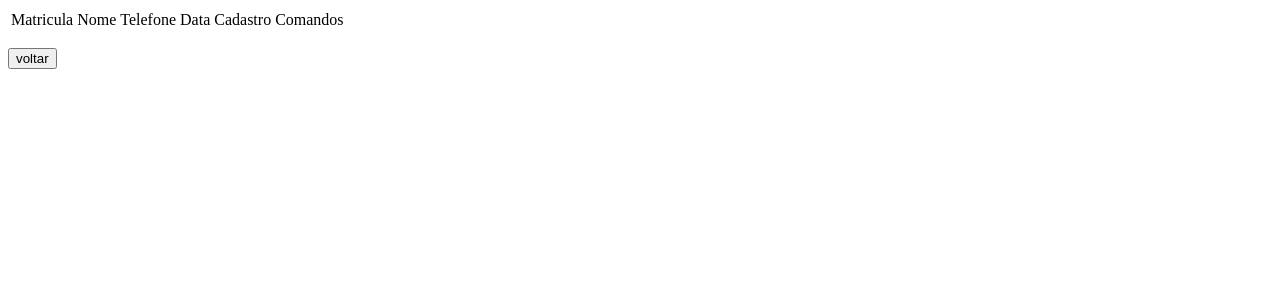
Repository: Maureci/forecast_workspace_project_fonts
Page: http://localhost/Forecast/index.jsp
The author's editor kept a copy of each file at every save. The page is drawn from the files as they stood at one save, then again after the next save.
The browser window is 1280 px wide. The pictures show the whole page.
The page is served by Tomcat 9. Other server files are loaded and not shown. Queries for data that is not in the repository find no rows.

Above is the page before, as saved 2017-04-02 12:55:38.

### Forecast/WebContent/index.jsp
<%@ page import="java.util.*,
		br.com.forecast.jdbc.dao.CidadeDao,
		br.com.forecast.jdbc.modelo.Cidade" %>
<html>
  <body>
    <table>
      <tr>
		<td>Matricula</td>
		<td>Nome</td>
		<td>Telefone</td>
		<td>Data Cadastro</td>
		<td>Comandos</td>
	  </tr>
      <%
      CidadeDao dao = new CidadeDao();
      List<Cidade> cidades = dao.getLista();

      for (Cidade cidade : cidades ) {
      %>
        <tr>
          <td><%=cidade.getNome() %></td>
          <td><%=cidade.getUf() %></td>
          <td><%=cidade.getPais() %></td>
          <td><a href="AlunoServlet?acao=Excluir&matricula=${cidade.getNome()}">Tempo</a></td>
        </tr>
      <%
      }
      %>
    </table>
    <p>
    	<input type="submit" name="Submit" value="voltar">
	</p>
  </body>
</html>

### Forecast/src/br/com/forecast/jdbc/dao/CidadeDao.java
package br.com.forecast.jdbc.dao;

import java.sql.Connection;
import java.sql.PreparedStatement;
import java.sql.ResultSet;
import java.sql.SQLException;
import java.util.ArrayList;
import java.util.List;

import br.com.forecast.jdbc.ConnectionFactory;
import br.com.forecast.jdbc.modelo.Cidade;

public class CidadeDao {

   // a conexão com o banco de dados
   private Connection connection;

   public CidadeDao()  {

     try {
		this.connection = new ConnectionFactory().getConnection();
	} catch (ClassNotFoundException e) {
		// TODO Auto-generated catch block
		e.printStackTrace();
	}

   }

   public void adiciona(Cidade cidade) {
     String sql = "insert into cidade " +
             "(nome,uf,pais)" +
             " values (?,?,?)";

     try {
         // prepared statement para inserção
         PreparedStatement stmt = connection.prepareStatement(sql);

         // seta os valores
         stmt.setString(1,cidade.getNome());
         stmt.setString(2,cidade.getUf());
         stmt.setString(3,cidade.getPais());

         // executa
         stmt.execute();
         stmt.close();
     } catch (SQLException e) {
         throw new RuntimeException(e);
     }
   }

   public List<Cidade> getLista() {
     try {

         List<Cidade> cidades = new ArrayList<Cidade>();
         PreparedStatement stmt = this.connection.prepareStatement("select * from cidade");
         ResultSet rs = stmt.executeQuery();

         while (rs.next()) {

             // criando o objeto Cidade
        	 Cidade cidade = new Cidade();
        	 cidade.setId(rs.getLong("id"));
        	 cidade.setNome(rs.getString("nome"));
        	 cidade.setUf(rs.getString("uf"));
        	 cidade.setPais(rs.getString("pais"));

             // adicionando o objeto à lista
        	 cidades.add(cidade);

         }

         rs.close();
         stmt.close();
         return cidades;

     } catch (SQLException e) {

         throw new RuntimeException(e);

     }
	}

   public void altera(Cidade cidade) {

	     String sql = "update cidade set nome=?, uf=?, pais=? where id=?";
	     try {
	         PreparedStatement stmt = connection.prepareStatement(sql);
	         stmt.setString(1, cidade.getNome());
	         stmt.setString(2, cidade.getUf());
	         stmt.setString(3, cidade.getPais());
	         stmt.setLong(4, cidade.getId());
	         stmt.execute();
	         stmt.close();

	     } catch (SQLException e) {

	         throw new RuntimeException(e);

	     }
	 }

   public void remove(Cidade cidade) {
	     try {
	         PreparedStatement stmt = connection.prepareStatement("delete" +
	                 "from cidade where id=?");
	         stmt.setLong(1, cidade.getId());
	         stmt.execute();
	         stmt.close();
	     } catch (SQLException e) {
	         throw new RuntimeException(e);
	     }
	 }

}

### Forecast/src/br/com/forecast/jdbc/ConnectionFactory.java
package br.com.forecast.jdbc;

import java.sql.Connection;
import java.sql.DriverManager;
import java.sql.SQLException;

public class ConnectionFactory {


	public Connection getConnection() throws ClassNotFoundException {

	     try {

	    	 Class.forName("com.mysql.jdbc.Driver");
	    	 return DriverManager.getConnection("jdbc:mysql://localhost/forecast", "root", "");

	     } catch (SQLException e) {

	         throw new RuntimeException(e);

	     }
	 }


}

After the next save:
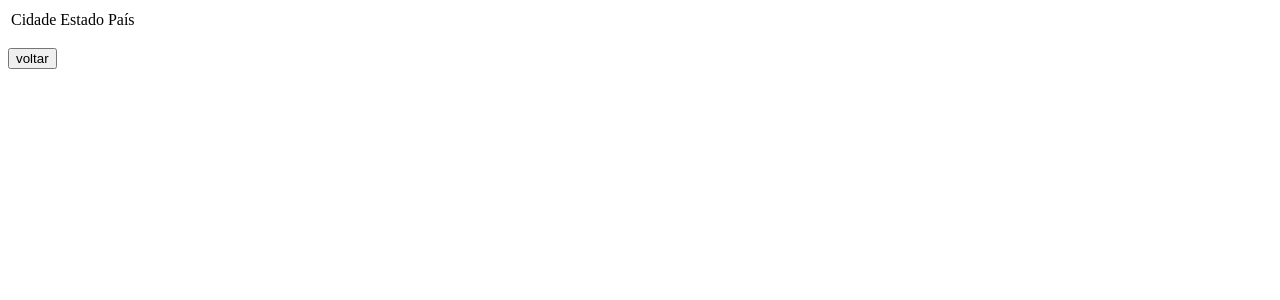
Saved 27 s later.
--- a/Forecast/WebContent/index.jsp
+++ b/Forecast/WebContent/index.jsp
@@ -5,11 +5,9 @@
   <body>
     <table>
       <tr>
-		<td>Matricula</td>
-		<td>Nome</td>
-		<td>Telefone</td>
-		<td>Data Cadastro</td>
-		<td>Comandos</td>
+		<td>Cidade</td>
+		<td>Estado</td>
+		<td>País</td>
 	  </tr>
       <%
       CidadeDao dao = new CidadeDao();
